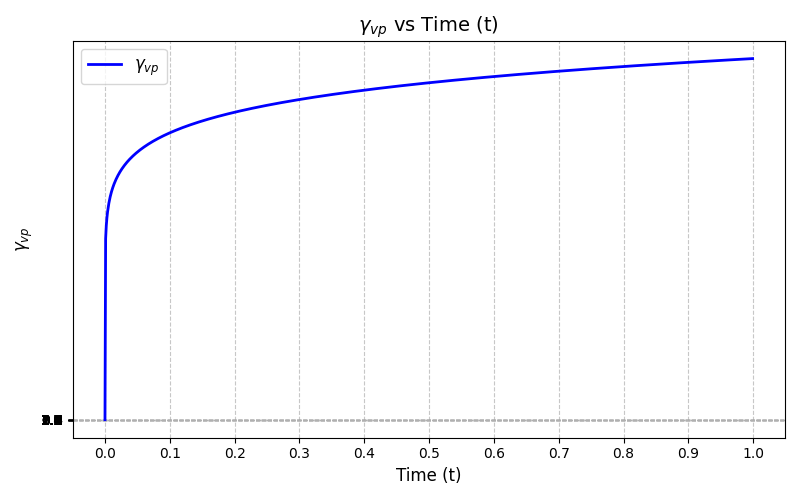
Repository: ajacquey/beaver
Script's output: python examples/viscoelasticity/Lemaitre/Lemaitre_analytical/Lemaitre_analytical.py
An editor plug-in stored every save of this project. The script's output is shown before and after the next save, followed by the edit.
Random numbers start from a fixed seed.

Above is the script's output before, as saved 2025-05-28 18:15:50.

After the next save:
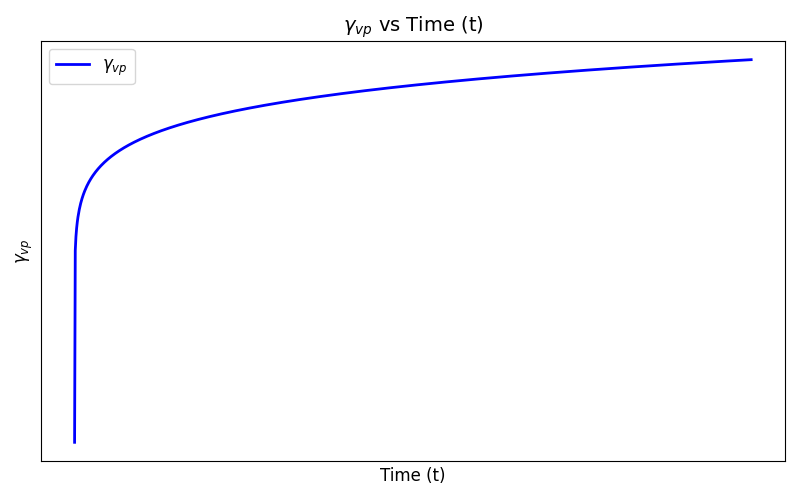
Saved 2 min 5 s later.
--- a/examples/viscoelasticity/Lemaitre/Lemaitre_analytical/Lemaitre_analytical.py
+++ b/examples/viscoelasticity/Lemaitre/Lemaitre_analytical/Lemaitre_analytical.py
@@ -32,8 +32,8 @@
 plt.xlabel('Time (t)', fontsize=12)
 plt.ylabel(r'$\gamma_{vp}$', fontsize=12)
 plt.grid(True, linestyle='--', alpha=0.7)
-plt.xticks(np.arange(0, 1.1, 0.1))
-plt.yticks(np.arange(0, 3.1, 0.1))
+plt.xticks(np.arange(0, None, 0.1))
+plt.yticks(np.arange(0, None, 0.1))
 plt.tight_layout()
 
 # Save and show plot

After the save that followed:
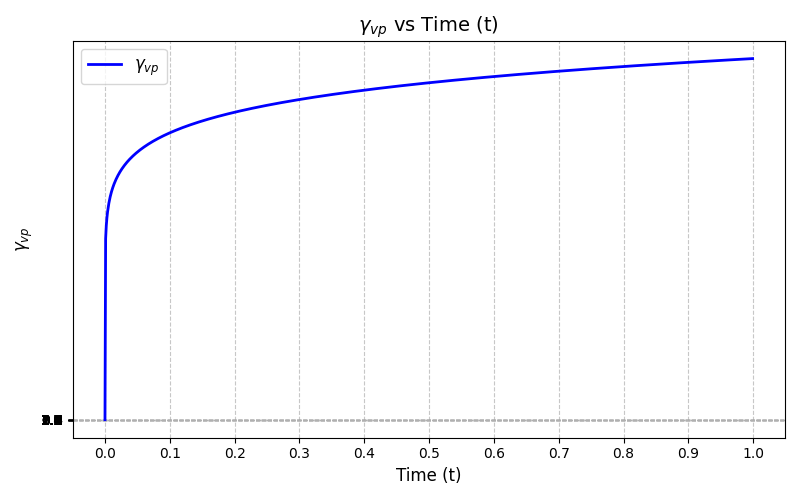
Saved 44 s later.
--- a/examples/viscoelasticity/Lemaitre/Lemaitre_analytical/Lemaitre_analytical.py
+++ b/examples/viscoelasticity/Lemaitre/Lemaitre_analytical/Lemaitre_analytical.py
@@ -32,8 +32,8 @@
 plt.xlabel('Time (t)', fontsize=12)
 plt.ylabel(r'$\gamma_{vp}$', fontsize=12)
 plt.grid(True, linestyle='--', alpha=0.7)
-plt.xticks(np.arange(0, None, 0.1))
-plt.yticks(np.arange(0, None, 0.1))
+plt.xticks(np.arange(0, 1.1, 0.1))
+plt.yticks(np.arange(0, 3.1, 0.1))
 plt.tight_layout()
 
 # Save and show plot
